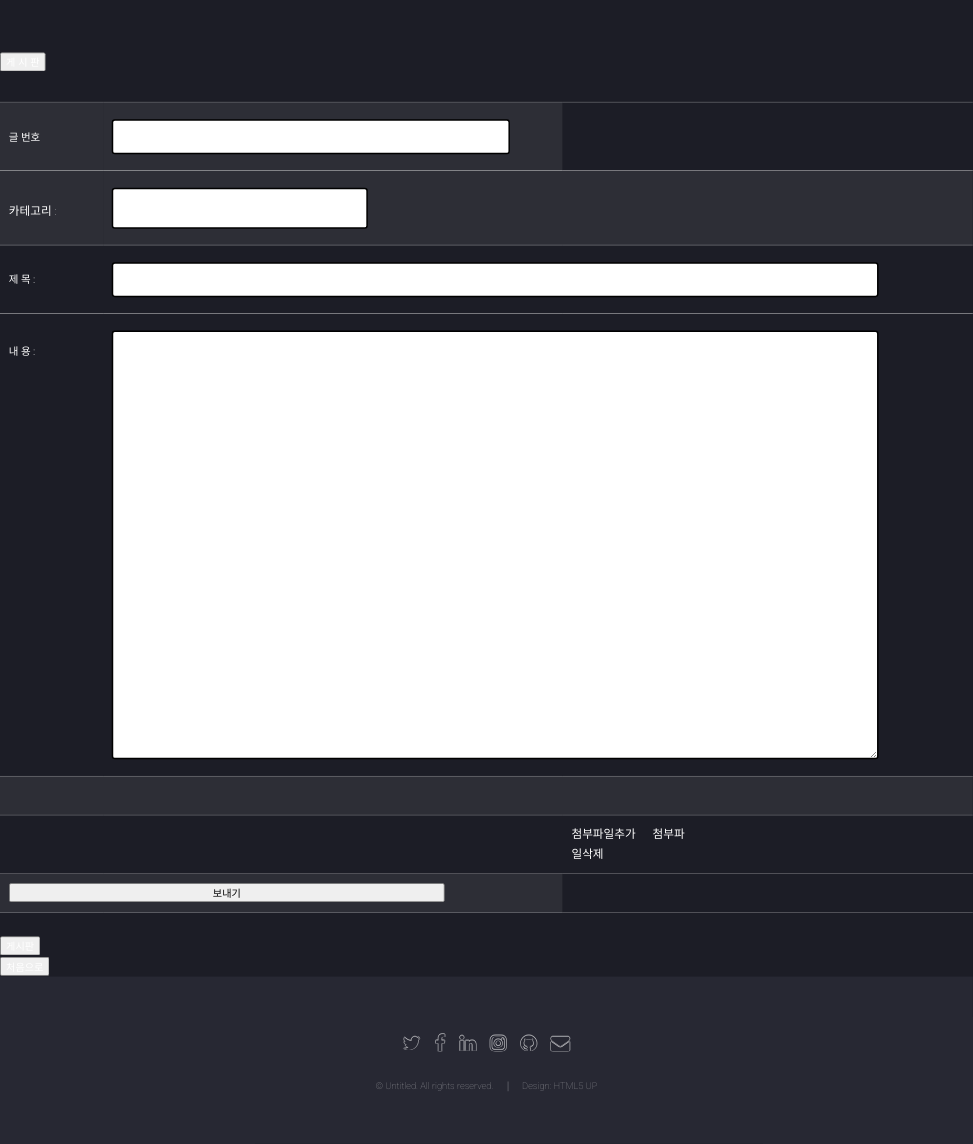
Repository: worMholEamkim/SpringEX
Page: http://localhost/bbs/bbsupdate.do
The author's editor kept a copy of each file at every save. The page is drawn from the files as they stood at one save, then again after the next save.
The browser window is 1280 px wide. The pictures show the whole page, at 76% of full size.
The page is served by Tomcat 9. Queries for data that is not in the repository find no rows.

Above is the page before, as saved 2019-03-18 05:00:31.

After the next save:
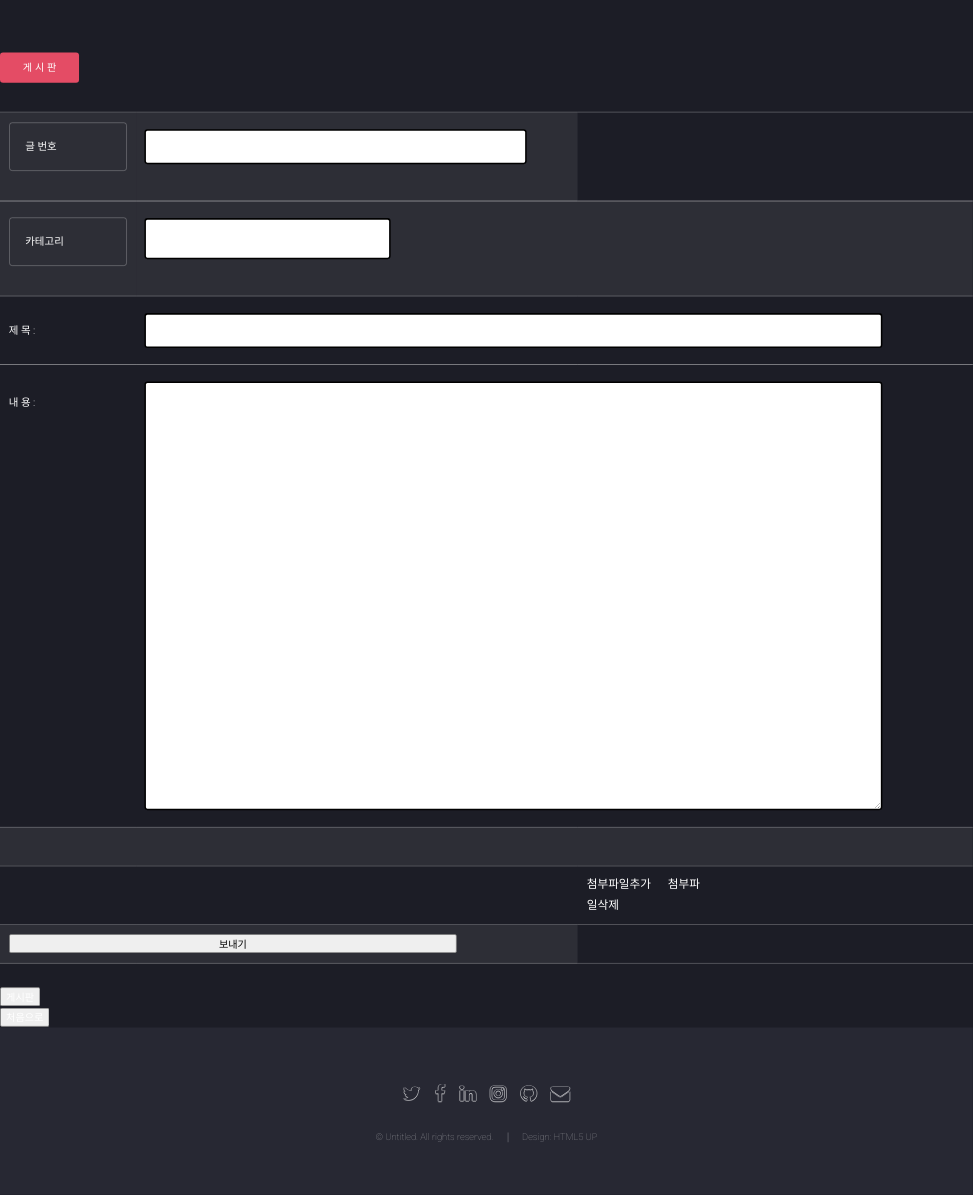
Saved 60 s later.
--- a/JSP_WepPage_Server-master.zip_expanded/JSP_WepPage_Server-master/bbs/WebContent/WEB-INF/bbsupdate.jsp
+++ b/JSP_WepPage_Server-master.zip_expanded/JSP_WepPage_Server-master/bbs/WebContent/WEB-INF/bbsupdate.jsp
@@ -43,19 +43,19 @@
 		}
 	%>
 	<div class="wrapper style1">
-			<button class="w3-button w3-block w3-button w3-indigo"><a href="bbs.do">게 시 판</a></button>
+			<button class="button primary"><a href="bbs.do">게 시 판</a></button>
 		</div>
 		<div align="center">
 			<form method="post" action="bbsupdate.do">
 				<table border=0px>
 					<tr>
-						<td><h5 style="color:white">글 번호</h5></td>
+						<td><h5 class="box">글 번호</h5></td>
 						<td colspan="2"><input name="bbsId" type="text" value="${bbsUpdate.bbsId}"  readonly
 							style="width: 90%; padding: 12px 20px; margin: 10px 0px; background-color: white; box-sizing: border-box; border: 2px solid black;">
 						</td>
 					<tr>
 					<tr>
-						<td><h7 style="color:white">카테고리 :</h7></td>
+						<td><h5 class="box">카테고리</h7></td>
 						<td colspan="4">
 						<select name="category"
 							style="width: 30%; padding: 12px 20px; font-size: 18px; margin: 10px 0px; background-color: white; box-sizing: border-box; border: 2px solid black;">
